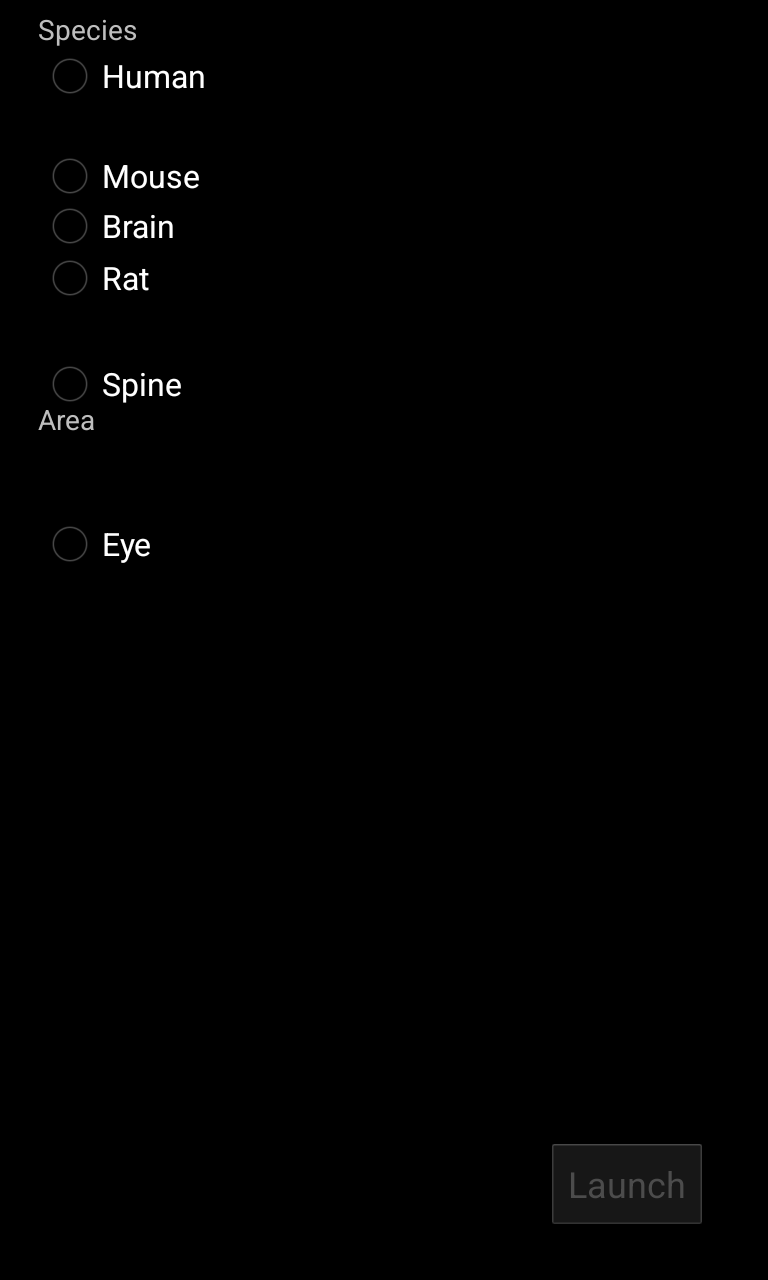
Repository: Ekarg/CSCE315Project3
Layout: Project3/res/layout/activity_main.xml
The author's editor kept a copy of each file at every save. The layout is drawn from the files as they stood at one save, then again after the next save.
It is drawn on a 768 x 1280 px phone screen (xhdpi) without system bars, with theme android:Theme.Holo; the app's code is not run.

Above is the layout before, as saved 2013-11-27 19:55:16.

### Project3/res/layout/activity_main.xml
<RelativeLayout xmlns:android="http://schemas.android.com/apk/res/android"
    xmlns:tools="http://schemas.android.com/tools"
    android:layout_width="match_parent"
    android:layout_height="match_parent"
    android:paddingBottom="5dp"
    android:paddingLeft="5dp"
    android:paddingRight="5dp"
    android:paddingTop="5dp"
    tools:context=".MainActivity" >

    <Button
        android:id="@+id/button1"
        android:layout_width="wrap_content"
        android:layout_height="wrap_content"
        android:layout_alignParentBottom="true"
        android:layout_alignParentRight="true"
        android:layout_marginBottom="19dp"
        android:layout_marginRight="24dp"
        android:enabled = "false"
		android:onClick="launch"
        android:text="@string/Button" />

    <TextView
        android:id="@+id/textView1"
        android:layout_width="wrap_content"
        android:layout_height="wrap_content"
        android:layout_marginLeft="14dp"
        android:layout_alignParentTop="true"
        android:text="@string/species" />

   <RadioGroup
        android:id="@+id/radioGroup1"
        android:layout_width="fill_parent"
        android:layout_height="wrap_content"
        android:layout_alignParentTop="true"
        android:layout_centerHorizontal="true"
        android:orientation="vertical" >

        <RadioButton
            android:id="@+id/radioButton1"
            android:layout_width="wrap_content"
            android:layout_height="wrap_content"
            android:layout_marginLeft="14dp"
            android:checked = "false"
            android:layout_marginTop="17dp"
            android:text="@string/human"
            android:onClick="onRadioButtonClicked"/>

        <RadioButton
            android:id="@+id/radioButton2"
            android:layout_width="wrap_content"
            android:layout_height="wrap_content"
            android:layout_marginLeft="14dp"
            android:checked = "false"
            android:layout_marginTop="18dp"
            android:text="@string/mouse"
            android:onClick="onRadioButtonClicked"/>

        <RadioButton
            android:id="@+id/radioButton3"
            android:layout_width="wrap_content"
            android:layout_height="wrap_content"
            android:layout_marginLeft="14dp"
            android:checked = "false"
            android:layout_marginTop="19dp"
            android:text="@string/rat"
            android:onClick="onRadioButtonClicked"/>
    </RadioGroup>

    <TextView
        android:id="@+id/textView2"
        android:layout_width="wrap_content"
        android:layout_height="wrap_content"
        android:layout_alignLeft="@+id/textView1"
        android:layout_below="@+id/radioGroup1"
        android:layout_marginTop="45dp"
        android:text="@string/area"
        android:onClick="onRadioButtonClicked" />

     <RadioGroup
        android:id="@+id/radioGroup2"
        android:layout_width="fill_parent"
        android:layout_height="wrap_content"
        android:checked = "false"
        android:layout_marginTop="46dp"
        android:layout_centerHorizontal="true"
        android:orientation="vertical" >

	    <RadioButton
	        android:id="@+id/radioButton5"
	        android:layout_width="wrap_content"
	        android:layout_height="wrap_content"
	        android:checked = "false"
	        android:layout_marginLeft="14dp"
	        android:layout_marginTop="46dp"
	        android:text="@string/brain"
	        android:onClick="onRadioButtonClicked" />

	    <RadioButton
	        android:id="@+id/radioButton4"
	        android:layout_width="wrap_content"
	        android:layout_height="wrap_content"
	        android:checked = "false"
	        android:layout_marginLeft="14dp"
	        android:layout_marginTop="47dp"
	        android:text="@string/spine"
	        android:onClick="onRadioButtonClicked"/>

	     <RadioButton
         android:id="@+id/radioButton6"
         android:layout_width="wrap_content"
         android:layout_height="wrap_content"
         android:checked = "false"
         android:layout_marginLeft="14dp"
         android:layout_marginTop="48dp"
         android:text="@string/eye"
         android:onClick="onRadioButtonClicked" />
	</RadioGroup>



</RelativeLayout>

### Project3/res/values/strings.xml
<?xml version="1.0" encoding="utf-8"?>
<resources>

    <string name="app_name">Show Me the.... Neuron!</string>
    <string name="action_settings">Settings</string>
    <string name="hello_world">Hello world!</string>
    <string name="Button">Launch</string>
    <string name="title_activity_second">Neuron Display</string>
    <string name="species">Species</string>
    <string name="human">Human</string>
    <string name="mouse">Mouse</string>
    <string name="rat">Rat</string>
    <string name="area">Area</string>
    <string name="eye">Eye</string>
    <string name="brain">Brain</string>
    <string name="spine">Spine</string>


</resources>

After the next save:
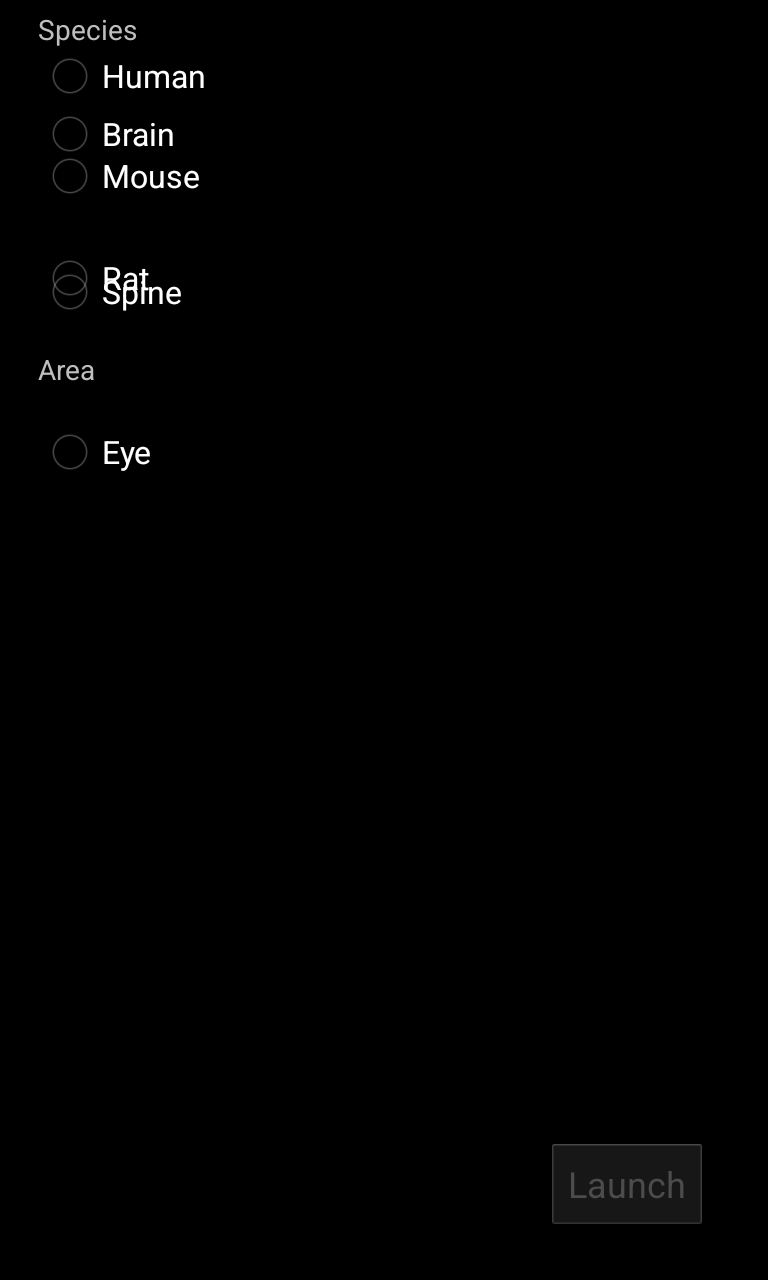
Saved 49 s later.
--- a/Project3/res/layout/activity_main.xml
+++ b/Project3/res/layout/activity_main.xml
@@ -73,7 +73,7 @@
         android:layout_height="wrap_content"
         android:layout_alignLeft="@+id/textView1"
         android:layout_below="@+id/radioGroup1"
-        android:layout_marginTop="45dp"
+        android:layout_marginTop="20dp"
         android:text="@string/area"
         android:onClick="onRadioButtonClicked" />
 
@@ -82,7 +82,6 @@
         android:layout_width="fill_parent"
         android:layout_height="wrap_content"
         android:checked = "false"
-        android:layout_marginTop="46dp"
         android:layout_centerHorizontal="true"
         android:orientation="vertical" >
 
